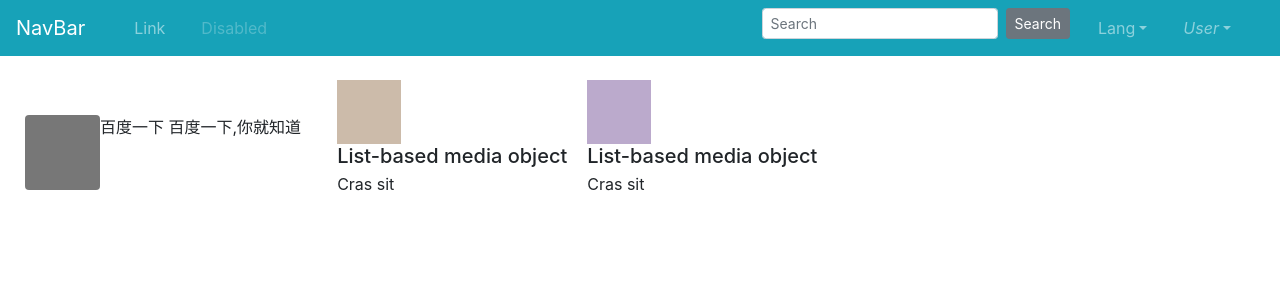
Repository: Funnyrz/vue-nav
Page: /
These files come from the project's save history. The page is drawn as it stood at one moment and after the next save; the edit follows.
The browser window is 1280 px wide. The pictures show the whole page.
The project was rebuilt for these pictures with package versions that can differ from the ones it lists, and the page was loaded fresh each time.

Above is the page before, as saved 2020-08-26 11:51:27.

After the next save:
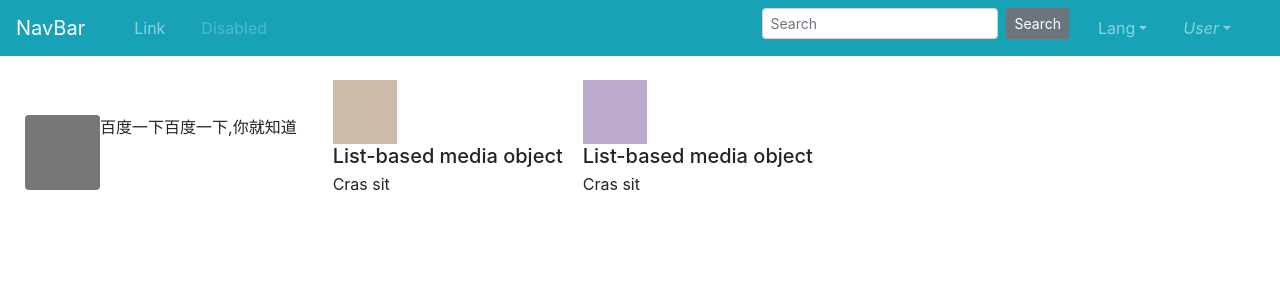
Saved 29 s later.
--- a/src/components/HelloWorld.vue
+++ b/src/components/HelloWorld.vue
@@ -46,7 +46,9 @@
               <template v-slot:aside>
                 <b-img v-bind="mainProps" rounded alt="placeholder"></b-img>
                 百度一下
+                <span>
                 百度一下,你就知道
+                </span>
               </template>
             </b-media>
 
